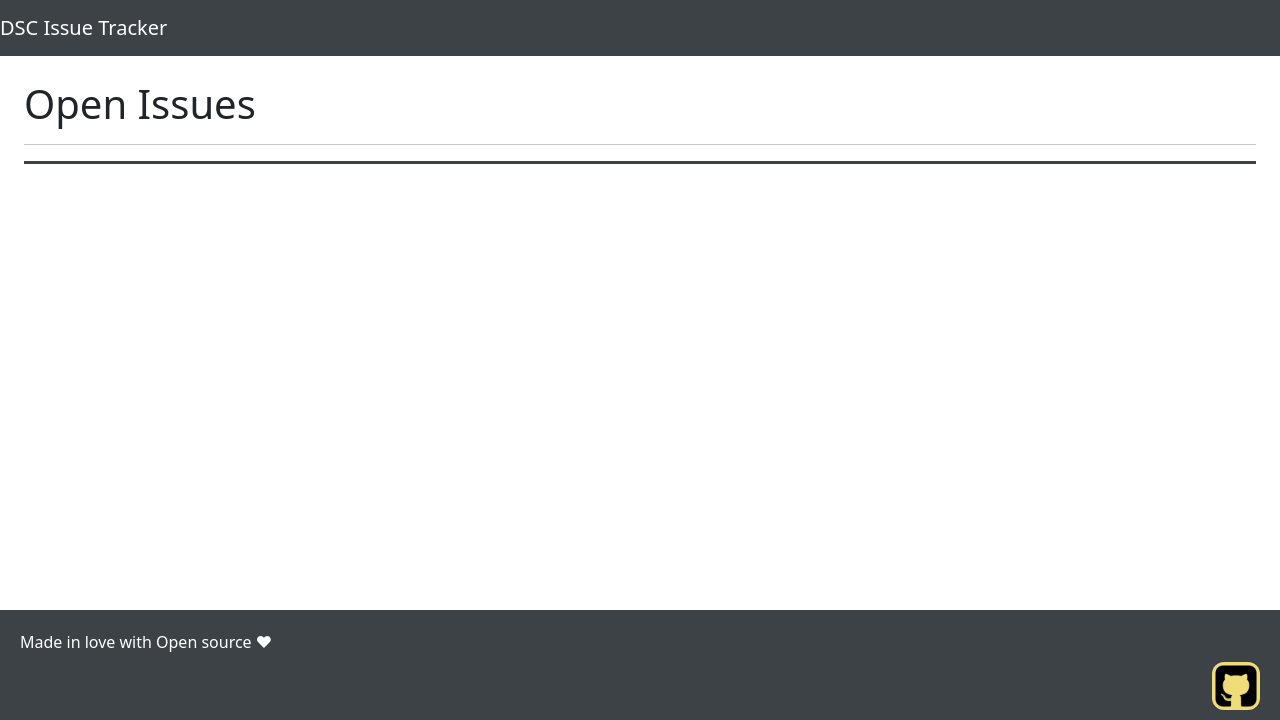
Repository: Tsardines/issue-tracker
Page: index.html
The author's editor kept a copy of each file at every save. The page is drawn from the files as they stood at one save, then again after the next save.
The browser window is 1280 px wide. The pictures show the whole page.
The pointer rests on the first visible `.footer-links_github`.
Some web libraries are served in a nearby version.

Above is the page before, as saved 2019-10-06 22:00:38.
Console error: SyntaxError: Cannot use import statement outside a module

After the next save:
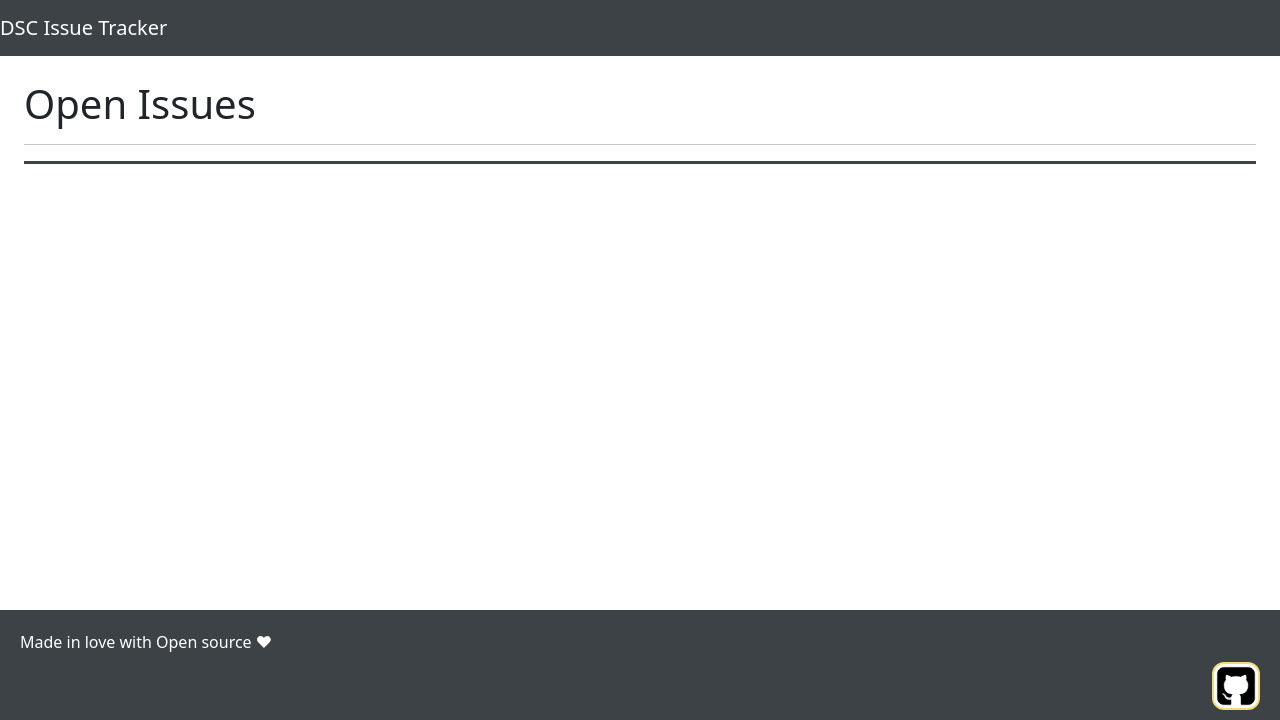
Saved 29 s later.
--- a/css/index.css
+++ b/css/index.css
@@ -52,6 +52,6 @@
 }
 
 .footer-links_github:hover {
-    background-color: rgb(241, 220, 122);
+    border: 2px solid rgb(241, 220, 122);
     cursor: pointer;
 }
